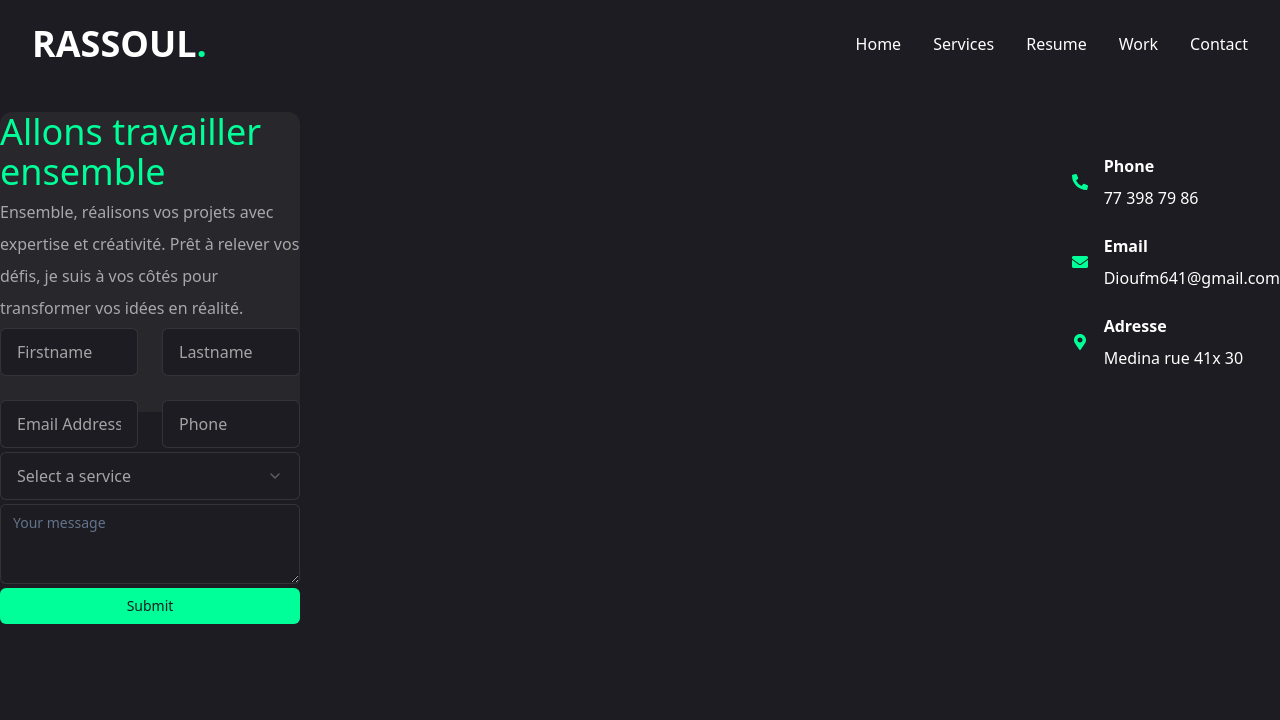
Repository: MDiouf9/portfolio2
Page: /contact
These files come from the project's save history. The page is drawn as it stood at one moment and after the next save; the edit follows.
The browser window is 1280 px wide. The pictures show the whole page.
The project was rebuilt for these pictures with package versions that can differ from the ones it lists, and the page was loaded fresh each time. The framework's server and built-in components were replaced by stand-ins that run in the browser. Also part of the build but not shown: next.config.mjs.

Above is the page before, as saved 2024-10-16 00:05:24.

### src/app/contact/page.tsx
"use client"
import { Button } from '@/components/ui/button';
import { Input } from '@/components/ui/input';
import { Textarea } from '@/components/ui/textarea';
import {
  Select,
  SelectContent,
  SelectGroup,
  SelectItem,
  SelectLabel,
  SelectTrigger,
  SelectValue
} from '@/components/ui/select';
import { FaPhoneAlt, FaEnvelope, FaMapMarkerAlt } from 'react-icons/fa';
import { motion } from 'framer-motion';

const info = [
  {
    icon: <FaPhoneAlt />,
    title: 'Phone',
    description: '77 398 79 86'
  },
  {
    icon: <FaEnvelope />,
    title: 'Email',
    description: 'Dioufm641@gmail.com'
  },
  {
    icon: <FaMapMarkerAlt />,
    title: 'Adresse',
    description: 'Medina rue 41x 30'
  }
];

const Contact = () => {
  return (
    <motion.section
      initial={{ opacity: 0 }}
      animate={{
        opacity: 1,
        transition: { delay: 2.4, duration: 0.4, ease: 'easeIn' },
      }}
      className="py-6"
    >
      <div className="w-full">
        <div className="flex flex-col   xl:flex-row gap-[30px]">
          {/* Formulaire de contact */}
          <div className="  xl:h-[54%] order-2  xl:order-none ">
            <form className="flex flex-col  w-[300px] h-[300px] gap-1  bg-[#27272c] rounded-xl ">
              <h3 className="text-4xl text-accent"> Allons travailler ensemble</h3>
              <p className="text-white/60">


Ensemble, réalisons vos projets avec expertise et créativité. Prêt à relever vos défis, je suis à vos côtés pour transformer vos idées en réalité.
              </p>
              <div className="grid grid-cols-1 md:grid-cols-2 gap-6">
                <Input type="text" placeholder="Firstname" />
                <Input type="text" placeholder="Lastname" />
                <Input type="email" placeholder="Email Address" />
                <Input type="tel" placeholder="Phone" />
              </div>
              <Select>
                <SelectTrigger className="w-full">
                  <SelectValue placeholder="Select a service" />
                </SelectTrigger>
                <SelectContent>
                  <SelectGroup>
                    <SelectLabel>Select a service</SelectLabel>
                    <SelectItem value="est">Web Development</SelectItem>
                    <SelectItem value="cst">Mobile Development</SelectItem>
                  </SelectGroup>
                </SelectContent>
              </Select>
              <Textarea className='h-[200px]:' placeholder="Your message" />
              <Button>Submit</Button>
            </form>
          </div>

          {/* Section avec les informations de contact */}
          <div className="flex-1 flex items-center xl:justify-end order-1 xl:order-none mb-8 xl:mb-0">
            <div className="space-y-4 text-white">
              {info.map((item, index) => (
                <div key={index} className="flex items-center space-x-4">
                  <div className="text-accent">{item.icon}</div>
                  <div>
                    <h4 className="font-bold">{item.title}</h4>
                    <p>{item.description}</p>
                  </div>
                </div>
              ))}
            </div>
          </div>
        </div>
      </div>
    </motion.section>
  );
};

export default Contact;

### src/components/Header.tsx
import Link from 'next/link';
import { Button } from './ui/button';
import React from 'react';
import Nav from './Nav';
import MobileNav from './MobileNav';

const Header = () => {
  return (
    <header className='bg-dark py-3 xl:py-6 text-white w-full'>
      {/* Wrapper pour le contenu du header */}
      <div className='flex items-center justify-between px-4 md:px-8'>
        {/* Logo */}
        <Link href="/">
          <h1 className='text-3xl md:text-4xl font-semibold'>
            RASSOUL<span className='text-accent'>.</span>
          </h1>
        </Link>

        {/* Menu de navigation pour les grands écrans */}
        <div className="hidden xl:flex items-center gap-8">
          <Nav />
          {/* <Link href="/Contact">
            <Button>Hire Me</Button>
          </Link> */}
        </div>

        {/* Menu mobile (uniquement visible sur petits écrans) */}
        <div className='xl:hidden'>
          <MobileNav />
        </div>
      </div>
    </header>
  );
};

export default Header;

### src/components/ui/button.tsx
import * as React from "react";
import { Slot } from "@radix-ui/react-slot";
import { cva, type VariantProps } from "class-variance-authority";

import { cn } from "@/lib/utils";

// Définit les variantes directement dans l'objet variants
const buttonVariants = cva(
  "inline-flex items-center justify-center whitespace-nowrap rounded-md text-sm font-medium ring-offset-white transition-colors focus-visible:outline-none focus-visible:ring-2 focus-visible:ring-slate-950 focus-visible:ring-offset-2 disabled:pointer-events-none disabled:opacity-50 dark:ring-offset-slate-950 dark:focus-visible:ring-slate-300",
  {
    variants: {
      variant: {
        default: "bg-accent text-primary hover:bg-accent-hover",
        outline: "border border-slate-300 text-slate-700 hover:bg-accent-hover",
      },
      size: {
        default: "h-10 px-4 py-2",
        sm: "h-9 rounded-md px-3",
        lg: "h-11 rounded-md px-8",
        icon: "h-10 w-10",
      },
    },
    defaultVariants: {
      variant: "default",
      size: "default",
    },
  }
);

// Interface ButtonProps
export interface ButtonProps
  extends React.ButtonHTMLAttributes<HTMLButtonElement>,
    VariantProps<typeof buttonVariants> {
  asChild?: boolean;
}

const Button = React.forwardRef<HTMLButtonElement, ButtonProps>(
  ({ className, variant, size, asChild = false, ...props }, ref) => {
    const Comp = asChild ? Slot : "button";
    return (
      <Comp
        className={cn(buttonVariants({ variant, size, className }))}
        ref={ref}
        {...props}
      />
    );
  }
);
Button.displayName = "Button";

export { Button, buttonVariants };

### src/components/ui/input.tsx
import * as React from "react"

import { cn } from "@/lib/utils"

export interface InputProps
  extends React.InputHTMLAttributes<HTMLInputElement> {}

const Input = React.forwardRef<HTMLInputElement, InputProps>(
  ({ className, type, ...props }, ref) => {
    return (
      <input
        type={type}
        className={cn( 'flex h-[48px] rounded-md border border-white/10 focus:border-accent font-light bg-primary px-4 py-5  text-base placeholder:text-white/60 outline-none',

          className
        )}
        ref={ref}
        {...props}
      />
    )
  }
)
Input.displayName = "Input"

export { Input }

### src/components/ui/textarea.tsx
import * as React from "react"

import { cn } from "@/lib/utils"

export interface TextareaProps
  extends React.TextareaHTMLAttributes<HTMLTextAreaElement> {}

const Textarea = React.forwardRef<HTMLTextAreaElement, TextareaProps>(
  ({ className, ...props }, ref) => {
    return (
      <textarea
        className={cn(
          "flex min-h-[80px] w-full rounded-md border border-white/10 bg-primary px-3 py-2 text-sm ring-offset-white placeholder:text-slate-500 focus-visible:outline-none focus-visible:ring-2 focus-visible:ring-accent focus-visible:ring-offset-2 disabled:cursor-not-allowed disabled:opacity-50 dark:border-slate-800 dark:bg-slate-950 dark:ring-offset-slate-950 dark:placeholder:text-slate-400 dark:focus-visible:ring-slate-300",
          className
        )}
        ref={ref}
        {...props}
      />
    )
  }
)
Textarea.displayName = "Textarea"

export { Textarea }

### src/components/ui/select.tsx
"use client"

import * as React from "react"
import * as SelectPrimitive from "@radix-ui/react-select"
import { Check, ChevronDown, ChevronUp } from "lucide-react"

import { cn } from "@/lib/utils"

const Select = SelectPrimitive.Root

const SelectGroup = SelectPrimitive.Group

const SelectValue = SelectPrimitive.Value

const SelectTrigger = React.forwardRef<
  React.ElementRef<typeof SelectPrimitive.Trigger>,
  React.ComponentPropsWithoutRef<typeof SelectPrimitive.Trigger>
>(({ className, children, ...props }, ref) => (
  <SelectPrimitive.Trigger
    ref={ref}
    className={cn(
      "flex h-[48px] w-full items-center justify-between rounded-md border border-white/10 bg-primary px-4 py-5 text-base text-white/60 placeholder:text-white/10 focus:outline-none focus:ring-2 focus:border-accent outline-none",
      className
    )}
    {...props}
  >
    {children}
    <SelectPrimitive.Icon asChild>
      <ChevronDown className="h-4 w-4 opacity-50" />
    </SelectPrimitive.Icon>
  </SelectPrimitive.Trigger>
))
SelectTrigger.displayName = SelectPrimitive.Trigger.displayName

const SelectScrollUpButton = React.forwardRef<
  React.ElementRef<typeof SelectPrimitive.ScrollUpButton>,
  React.ComponentPropsWithoutRef<typeof SelectPrimitive.ScrollUpButton>
>(({ className, ...props }, ref) => (
  <SelectPrimitive.ScrollUpButton
    ref={ref}
    className={cn(
      "flex cursor-default items-center justify-center py-1",
      className
    )}
    {...props}
  >
    <ChevronUp className="h-4 w-4" />
  </SelectPrimitive.ScrollUpButton>
))
SelectScrollUpButton.displayName = SelectPrimitive.ScrollUpButton.displayName

const SelectScrollDownButton = React.forwardRef<
  React.ElementRef<typeof SelectPrimitive.ScrollDownButton>,
  React.ComponentPropsWithoutRef<typeof SelectPrimitive.ScrollDownButton>
>(({ className, ...props }, ref) => (
  <SelectPrimitive.ScrollDownButton
    ref={ref}
    className={cn(
      "flex cursor-default items-center justify-center py-1",
      className
    )}
    {...props}
  >
    <ChevronDown className="h-4 w-4" />
  </SelectPrimitive.ScrollDownButton>
))
SelectScrollDownButton.displayName =
  SelectPrimitive.ScrollDownButton.displayName

const SelectContent = React.forwardRef<
  React.ElementRef<typeof SelectPrimitive.Content>,
  React.ComponentPropsWithoutRef<typeof SelectPrimitive.Content>
>(({ className, children, position = "popper", ...props }, ref) => (
  <SelectPrimitive.Portal>
    <SelectPrimitive.Content
      ref={ref}
      className={cn(
        "relative z-50 max-h-96 min-w-[8rem] overflow-hidden rounded-md border border-accent bg-primary text-white/60 shadow-md data-[state=open]:animate-in data-[state=closed]:animate-out data-[state=closed]:fade-out-0 data-[state=open]:fade-in-0 data-[state=closed]:zoom-out-95 data-[state=open]:zoom-in-95 data-[side=bottom]:slide-in-from-top-2 data-[side=left]:slide-in-from-right-2 data-[side=right]:slide-in-from-left-2 data-[side=top]:slide-in-from-bottom-2 dark:border-slate-800 dark:bg-slate-950 dark:text-slate-50",
        position === "popper" &&
          "data-[side=bottom]:translate-y-1 data-[side=left]:-translate-x-1 data-[side=right]:translate-x-1 data-[side=top]:-translate-y-1",
        className
      )}
      position={position}
      {...props}
    >
      <SelectScrollUpButton />
      <SelectPrimitive.Viewport
        className={cn(
          "p-1",
          position === "popper" &&
            "h-[var(--radix-select-trigger-height)] w-full min-w-[var(--radix-select-trigger-width)]"
        )}
      >
        {children}
      </SelectPrimitive.Viewport>
      <SelectScrollDownButton />
    </SelectPrimitive.Content>
  </SelectPrimitive.Portal>
))
SelectContent.displayName = SelectPrimitive.Content.displayName

const SelectLabel = React.forwardRef<
  React.ElementRef<typeof SelectPrimitive.Label>,
  React.ComponentPropsWithoutRef<typeof SelectPrimitive.Label>
>(({ className, ...props }, ref) => (
  <SelectPrimitive.Label
    ref={ref}
    className={cn("py-1.5 pl-8 pr-2 text-sm font-semibold", className)}
    {...props}
  />
))
SelectLabel.displayName = SelectPrimitive.Label.displayName

const SelectItem = React.forwardRef<
  React.ElementRef<typeof SelectPrimitive.Item>,
  React.ComponentPropsWithoutRef<typeof SelectPrimitive.Item>
>(({ className, children, ...props }, ref) => (
  <SelectPrimitive.Item
    ref={ref}
    className={cn(
      "relative flex w-full cursor-default select-none items-center rounded-sm py-1.5 pl-8 pr-2 text-sm outline-none focus:bg-accent focus:text-slate-900 data-[disabled]:pointer-events-none data-[disabled]:opacity-50 dark:focus:bg-slate-800 dark:focus:text-accent",
      className
    )}
    {...props}
  >
    <span className="absolute left-2 flex h-3.5 w-3.5 items-center justify-center">
      <SelectPrimitive.ItemIndicator>
        <Check className="h-4 w-4" />
      </SelectPrimitive.ItemIndicator>
    </span>

    <SelectPrimitive.ItemText>{children}</SelectPrimitive.ItemText>
  </SelectPrimitive.Item>
))
SelectItem.displayName = SelectPrimitive.Item.displayName

const SelectSeparator = React.forwardRef<
  React.ElementRef<typeof SelectPrimitive.Separator>,
  React.ComponentPropsWithoutRef<typeof SelectPrimitive.Separator>
>(({ className, ...props }, ref) => (
  <SelectPrimitive.Separator
    ref={ref}
    className={cn("-mx-1 my-1 h-px bg-slate-100 dark:bg-slate-800", className)}
    {...props}
  />
))
SelectSeparator.displayName = SelectPrimitive.Separator.displayName

export {
  Select,
  SelectGroup,
  SelectValue,
  SelectTrigger,
  SelectContent,
  SelectLabel,
  SelectItem,
  SelectSeparator,
  SelectScrollUpButton,
  SelectScrollDownButton,
}

### src/components/Nav.tsx
"use client"
import React from 'react'
import Link from 'next/link'
import { usePathname } from 'next/navigation'



const links =[
        {
            name: "Home",
            path: "/",
        },
        {
            name: "Services",
            path: "/Services",
        },
        {
            name: "Resume",
            path: "/Resume",
        },
        {
            name: "work",
            path: "/Work",
        },
        {
            name: "Contact",
            path: "/Contact",
        },
    ]
 const Nav = () => {
  const  pathname = usePathname();
  return (
    <nav className=' flex gap-8'>
        {links.map((link,index) => {
            return (
                <Link href={link.path} key={index} className={`${link.path === pathname && "text-accent border-b-2 border-accent"} capitalize font-medium hover:text-accent transition-all`}>
                    {link.name}
                </Link>
            );
        })}

    </nav>
  );
}
export default Nav

### src/components/MobileNav.tsx
"use client";
import React from 'react'
import {Sheet ,  SheetContent, SheetTrigger, } from '@/components/ui/sheet'
import { usePathname } from 'next/navigation';
import Link from 'next/link';
import {CiMenuFries} from "react-icons/ci"

const links =[
  {
    name: "Home",
    path: "/",
},
{
    name: "Services",
    path: "/Services",
},
{
    name: "Resume",
    path: "/Resume",
},
{
    name: "work",
    path: "/Work",
},
{
    name: "Contact",
    path: "/Contact",
},
]

const MobileNav = () => {
  const pathname = usePathname();
  return (
    <Sheet>
<SheetTrigger className='flex justify-center items-center'>
  <CiMenuFries  className=' text-[32px] text-accent'/>
</SheetTrigger>
<SheetContent  className='flex flex-col'>

     <div className=' mt-32 mb-40 text-center txt-2xl'>
     <h1> MOUHAMED<span className='text-accent'>.</span> <em className='text-accent'>DIOUF</em></h1>

     </div>
     <nav className='flex flex-col justify-center items-center gap-8'>
{links.map((link,index)=>{
  return (
    <Link href={link.path} key={index} className={`${link.path === pathname && "text-accent border-b-2 border-accent"} capitalize font-medium hover:text-accent transition-all`}>
      {link.name}


    </Link>
  )
})

}
     </nav>
     </SheetContent>
    </Sheet>
  )
}

export default MobileNav

### src/components/ui/sheet.tsx
"use client"

import * as React from "react"
import * as SheetPrimitive from "@radix-ui/react-dialog"
import { cva, type VariantProps } from "class-variance-authority"
import {IoMdClose} from 'react-icons/io'

import { cn } from "@/lib/utils"

const Sheet = SheetPrimitive.Root

const SheetTrigger = SheetPrimitive.Trigger

const SheetClose = SheetPrimitive.Close

const SheetPortal = SheetPrimitive.Portal

const SheetOverlay = React.forwardRef<
  React.ElementRef<typeof SheetPrimitive.Overlay>,
  React.ComponentPropsWithoutRef<typeof SheetPrimitive.Overlay>
>(({ className, ...props }, ref) => (
  <SheetPrimitive.Overlay
    className={cn(
      "fixed inset-0 z-50 bg-black/80  data-[state=open]:animate-in data-[state=closed]:animate-out data-[state=closed]:fade-out-0 data-[state=open]:fade-in-0",
      className
    )}
    {...props}
    ref={ref}
  />
))
SheetOverlay.displayName = SheetPrimitive.Overlay.displayName

const sheetVariants = cva(
  "fixed z-50 gap-4 bg-primary p-6 shadow-lg transition ease-in-out data-[state=open]:animate-in data-[state=closed]:animate-out data-[state=closed]:duration-300 data-[state=open]:duration-500 dark:bg-slate-950",
  {
    variants: {
      side: {
        top: "inset-x-0 top-0 border-b data-[state=closed]:slide-out-to-top data-[state=open]:slide-in-from-top",
        bottom:
          "inset-x-0 bottom-0 border-t data-[state=closed]:slide-out-to-bottom data-[state=open]:slide-in-from-bottom",
        left: "inset-y-0 left-0 h-full w-3/4  data-[state=closed]:slide-out-to-left data-[state=open]:slide-in-from-left sm:max-w-sm",
        right:
          "inset-y-0 right-0 h-full w-3/4   data-[state=closed]:slide-out-to-right data-[state=open]:slide-in-from-right sm:max-w-sm",
      },
    },
    defaultVariants: {
      side: "right",
    },
  }
)

interface SheetContentProps
  extends React.ComponentPropsWithoutRef<typeof SheetPrimitive.Content>,
    VariantProps<typeof sheetVariants> {}

const SheetContent = React.forwardRef<
  React.ElementRef<typeof SheetPrimitive.Content>,
  SheetContentProps
>(({ side = "right", className, children, ...props }, ref) => (
  <SheetPortal>
    <SheetOverlay />
    <SheetPrimitive.Content
      ref={ref}
      className={cn(sheetVariants({ side }), className)}
      {...props}
    >
      {children}
      <SheetPrimitive.Close className="absolute right-4 top-4 rounded-sm opacity-70 ring-offset-white transition-opacity hover:opacity-100 focus:outline-none focus:ring-2 focus:ring-slate-950 focus:ring-offset-2 disabled:pointer-events-none data-[state=open]:bg-slate-100 dark:ring-offset-slate-950 dark:focus:ring-slate-300 dark:data-[state=open]:bg-slate-800">
        <IoMdClose className="text-3xl text-accent" />
        <span className="sr-only">Close</span>
      </SheetPrimitive.Close>
    </SheetPrimitive.Content>
  </SheetPortal>
))
SheetContent.displayName = SheetPrimitive.Content.displayName

const SheetHeader = ({
  className,
  ...props
}: React.HTMLAttributes<HTMLDivElement>) => (
  <div
    className={cn(
      "flex flex-col space-y-2 text-center sm:text-left",
      className
    )}
    {...props}
  />
)
SheetHeader.displayName = "SheetHeader"

const SheetFooter = ({
  className,
  ...props
}: React.HTMLAttributes<HTMLDivElement>) => (
  <div
    className={cn(
      "flex flex-col-reverse sm:flex-row sm:justify-end sm:space-x-2",
      className
    )}
    {...props}
  />
)
SheetFooter.displayName = "SheetFooter"

const SheetTitle = React.forwardRef<
  React.ElementRef<typeof SheetPrimitive.Title>,
  React.ComponentPropsWithoutRef<typeof SheetPrimitive.Title>
>(({ className, ...props }, ref) => (
  <SheetPrimitive.Title
    ref={ref}
    className={cn("text-lg font-semibold text-slate-950 dark:text-slate-50", className)}
    {...props}
  />
))
SheetTitle.displayName = SheetPrimitive.Title.displayName

const SheetDescription = React.forwardRef<
  React.ElementRef<typeof SheetPrimitive.Description>,
  React.ComponentPropsWithoutRef<typeof SheetPrimitive.Description>
>(({ className, ...props }, ref) => (
  <SheetPrimitive.Description
    ref={ref}
    className={cn("text-sm text-slate-500 dark:text-slate-400", className)}
    {...props}
  />
))
SheetDescription.displayName = SheetPrimitive.Description.displayName

export {
  Sheet,
  SheetPortal,
  SheetOverlay,
  SheetTrigger,
  SheetClose,
  SheetContent,
  SheetHeader,
  SheetFooter,
  SheetTitle,
  SheetDescription,
}

Loaded but not shown: src/app/layout.tsx (common file); src/app/globals.css (common file); src/lib/utils.ts (common file); tailwind.config.ts (common file)

After the next save:
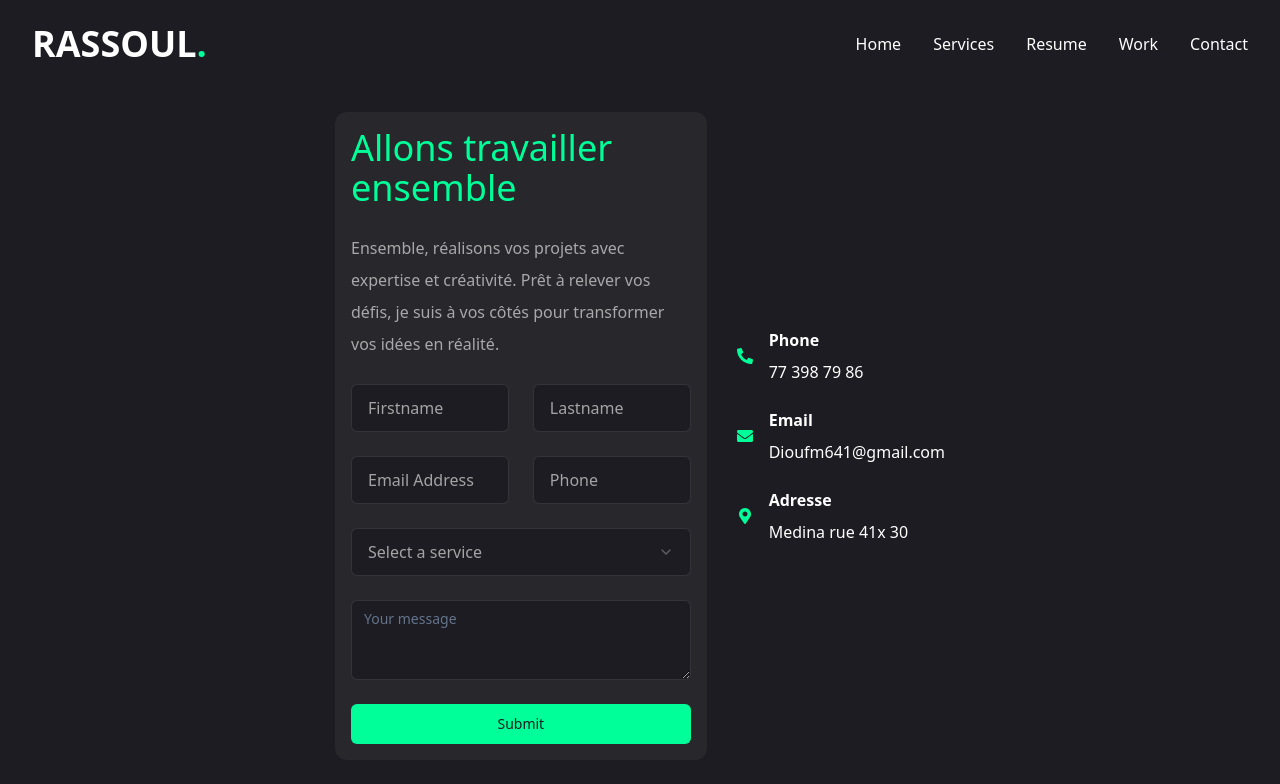
Saved 38 s later.
--- a/src/app/contact/page.tsx
+++ b/src/app/contact/page.tsx
@@ -42,11 +42,11 @@ const Contact = () => {
       }}
       className="py-6"
     >
-      <div className="w-full">
+      <div className="container mx-auto">
         <div className="flex flex-col   xl:flex-row gap-[30px]">
           {/* Formulaire de contact */}
           <div className="  xl:h-[54%] order-2  xl:order-none ">
-            <form className="flex flex-col  w-[300px] h-[300px] gap-1  bg-[#27272c] rounded-xl ">
+            <form className="flex flex-col  gap-6 p-4 bg-[#27272c] rounded-xl ">
               <h3 className="text-4xl text-accent"> Allons travailler ensemble</h3>
               <p className="text-white/60">
 
